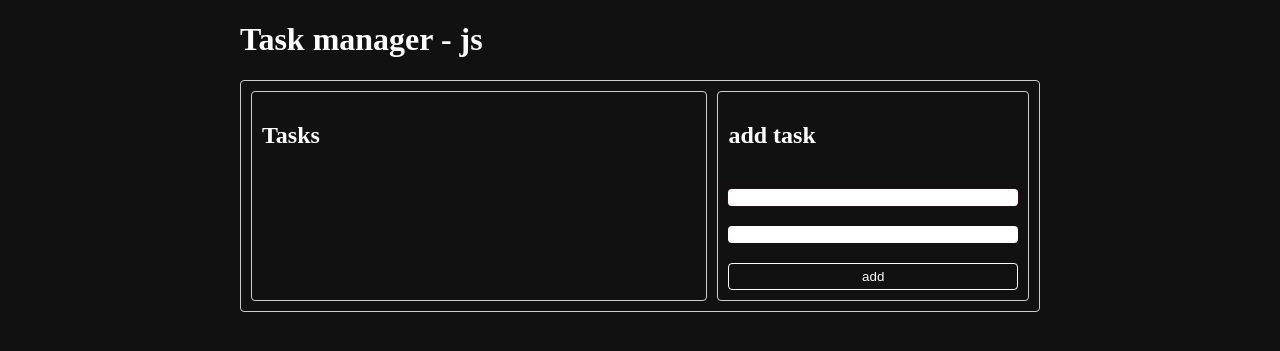
Repository: iKrekus/taskmgr-js
Page: index.html
The author's editor kept a copy of each file at every save. The page is drawn from the files as they stood at one save, then again after the next save.
The browser window is 1280 px wide. The pictures show the whole page.
The first visible `.task-mgr__field` has the focus.

Above is the page before, as saved 2024-03-15 16:53:16.

After the next save:
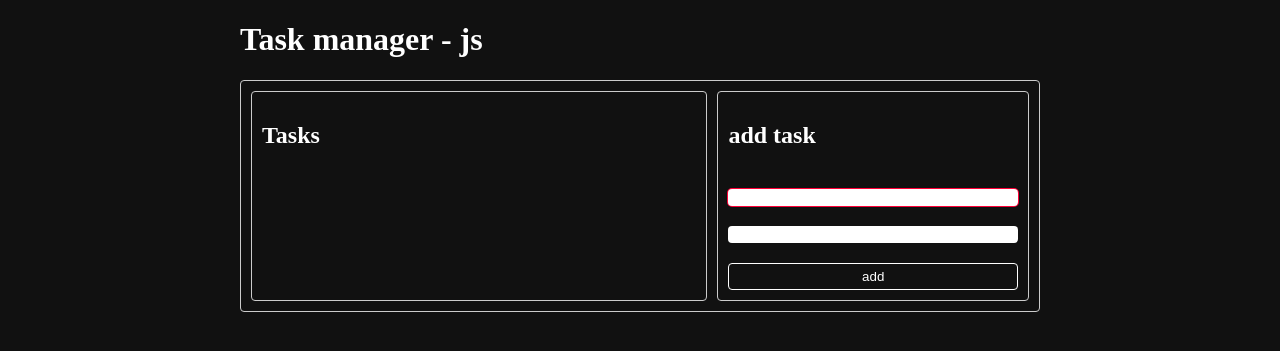
Saved 7 s later.
--- a/style.css
+++ b/style.css
@@ -58,7 +58,7 @@ body {
 
 .task-mgr__field:focus {
   border-radius: 4px;
-  box-shadow: 0 0 1px 0 #ff0037;
+  box-shadow: 0 0 0 1px #ff0037;
   outline: none;
 }
 
